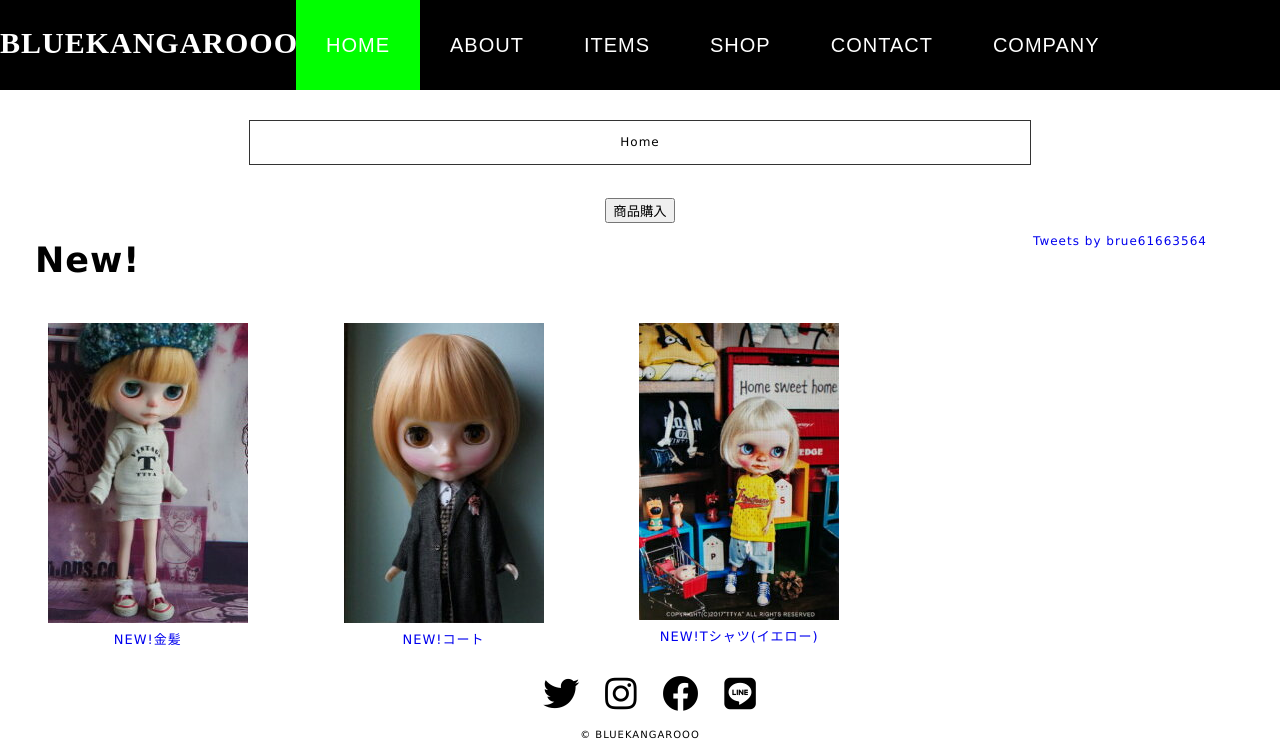
Repository: xiezom/test
Page: http://localhost/ecsite/
These files come from the project's save history. The page is drawn as it stood at one moment and after the next save; the edit follows.
The browser window is 1280 px wide. The pictures show the whole page.
The pointer rests on the first visible `.header li`.
Some web libraries are served in a nearby version. The page is served by Tomcat 9. Other server files are loaded and not shown.

Above is the page before, as saved 2019-03-29 05:00:54.

### ecsite/WebContent/home.jsp
<%@ page language="java" contentType="text/html; charset=UTF-8"
    pageEncoding="UTF-8"%>
<%@ taglib prefix="s" uri="/struts-tags"%>
<!DOCTYPE html>
<html>
<head>

	<meta http-equiv="Content-Type" content="text/html; charset=utf8"/>
	<meta http-equiv="Content-Style-Type" content="text/css"/>
	<meta http-equiv="Content-Script-Type" content="text/javascript"/>
	<meta http-equiv="imagetoolbar" content="no">
	<meta name="description" content=""/>
	<meta name="keywords" content=""/>

	<title>HOME</title>

	<link rel="stylesheet" type="text/css" href="./css/home_style.css">
	<link rel="stylesheet" href="https://use.fontawesome.com/releases/v5.8.1/css/all.css">

</head>
<body>

	<div class="header">
		<h1 class="logo">BLUEKANGAROOO</h1>
		<ul>
            <li><a href='<s:url action="GoHomeAction"/>'>HOME</a></li>
            <li><a href="">ABOUT</a></li>
            <li><a href='<s:url action="HomeAction"/>'>ITEMS</a></li>
            <li><a href="">SHOP</a></li>
            <li><a href="">CONTACT</a></li>
            <li><a href="">COMPANY</a></li>
        </ul>

	</div>
	<div>
    <p class="welcome">
        <s:if test="#session.id != null">
	        <s:property value="session.user_name"/>さん、ようこそ!
	        <a href='<s:url action="MyCartAction"/>'>カート</a>
	        <a href='<s:url action="MyPageAction" />'>購入履歴</a>
	        <a href='<s:url action="LogoutAction" />'>ログアウト</a>
        </s:if>
    </p>
	</div>

	<div class="main">
		<div class="top">
			<p>Home</p>
		</div>
		<div class="text-center">
			<s:form action="HomeAction">
				<s:submit value="商品購入"/>
			</s:form>
		</div>

		<div class="main-container">
			<div class="left">
			<section id="New">

				<div class="headin-box"><h2>New!</h2></div>

				<div class="entry">
					<p><a href='<s:url action="buyItemAction"/>'>
					<img class="img" src="./img/1.jpg">
					<br/>NEW!金髪
					</a></p>
				</div>


				<div class="entry">
					<p><a href='<s:url action="buyItemAction"/>'>
					<img class="img" src="./img/2.jpg">
					<br/>NEW!コート
					</a></p>
				</div>

				<div class="entry">
					<p><a href='<s:url action="buyItemAction"/>'>
					<img class="img" src="./img/3.jpg">
					<br/>NEW!Tシャツ(イエロー)
					</a></p>
				</div>
			</section>

			</div>
			<div class="right">
				<a class="twitter-timeline" href="https://twitter.com/brue61663564">
				Tweets by brue61663564</a>
				<script async src="https://platform.twitter.com/widgets.js" charset="utf-8"></script>
			</div>
		</div>

	</div>

	<div class="footer">
	<nav>
		<ul class="social">
			<li><a href="https://twitter.com/brue61663564" target="_blank"><i class="fab fa-twitter fa-3x"></i></a>
			</li>
			<li><a href="" target="_blank"><i class="fab fa-instagram fa-3x"></i></a>
			</li>
			<li><a href="" target="_blank"><i class="fab fa-facebook fa-3x"></i></a>
			</li>
			<li><a href="" target="_blank"><i class="fab fa-line fa-3x"></i></a>
			</li>
		</ul>
	</nav>
		<p class="copy"><small>&copy; BLUEKANGAROOO</small></p>
	</div>


</body>
</html>

### ecsite/WebContent/css/home_style.css
@CHARSET "UTF-8";


		body {
			margin: 0;
			padding: 0;
			line-height: 1.6;
			letter-spacing: 1px;
			font-family: Verdana,Helvetica,sans-serif;
			font-size: 12px;
			background: #fff;
		}

		a	{
			text-decoration: none;
			position: relative;
  			display: inline-block;
		}

		a::after {
			  position: absolute;
			  bottom: -4px;
			  left: 0;
			  content: '';
			  width: 100%;
			  height: 2px;
			  background: #333;
			  transform: scale(0, 1);
			  transform-origin: center top;
			  transition: transform .3s;
		}

		a:hover::after {
			  transform: scale(1, 1);
		}

		ul {
			list-style-type: none;
		}

		.top {
			width: 780px;
			margin: 30px auto;
			border: 1px solid #333;
		}

		.header {
			width: 100%;
			height: 90px;
			background-color: black;
			overflow: hidden;
		}

		.logo {
			margin-top: -2px;
			float: left;
			width: 20%;
			line-height: 90px;
			color: white;
			font-family: robot;
			font-size: 30px;
		}

		.header ul {
			text-align: center;
			float: left;
			margin: 0 auto;
		}

		.header ul li {
		    float: left;
		    padding-left: 30px;
		    padding-right: 30px;
		    line-height: 90px;
		    font-size: 20px;
		    font-family: 游ゴシック, YuGothic, meiryo, sans-serif;
		    color: #fff;
		    transition: background-color 2s;
		}

		.header ul li a {
			color: white;
		}

		.header li:hover {
			background-color: #0f0;
			transition: background-color 800ms;
		}

		.header ul li a:visited {
			color: white;
		}

		.welcome {
			text-align: right;
			margin-right: 10px;
		}

		.main {
			clear: both;
			width: 100%;
			height: auto;
			text-align: center;
		}

		table {
			text-align: center;
			margin:0 auto;
		}


		.main-container {
			width: 100%;
			height: auto;
		}

		.left {
			float: left;
			width: 70%;
		}

		.headin-box h2 {
			margin-left: 1em;
			margin-top: 0;
			margin-bottom: 0;
			font-size: 35px;
			text-align: left;
		}

		.entry {
			float: left;
			width: 33%;
		}

		.entry img {
		    -moz-transition: -moz-transform 0.5s linear;
		    -webkit-transition: -webkit-transform 0.5s linear;
		    -o-transition: -o-transform 0.5s linear;
		    -ms-transition: -ms-transform 0.5s linear;
		    transition: transform 0.5s linear;
		}

		.entry img:hover {
		    -webkit-transform: scale(1.2);
		    -moz-transform: scale(1.2);
		    -o-transform: scale(1.2);
		    -ms-transform: scale(1.2);
		    transform: scale(1.2);
		    overflow: hidden;
		}

		.entry p {
			padding: 22px 25px 12px;
    		font-size: 13px;
    		color: black;
		}


		.right {
			float: right;
			width: 25%;
		}

		.text-center {
			display: inline-block;
			text-align: center;
		}

		.footer {
			margin-top: 50px;
			width:100%;
			height: 80px;
			clear: both;
			text-align: center;
		}

		.sosial {
			text-align: center;
		}
		.social li {
			display: inline-block;
			margin-right: 20px;
		}

		.fab {
			color: black;
		}

		.copy {
			clear: both;
			text-align: center;
		}

After the next save:
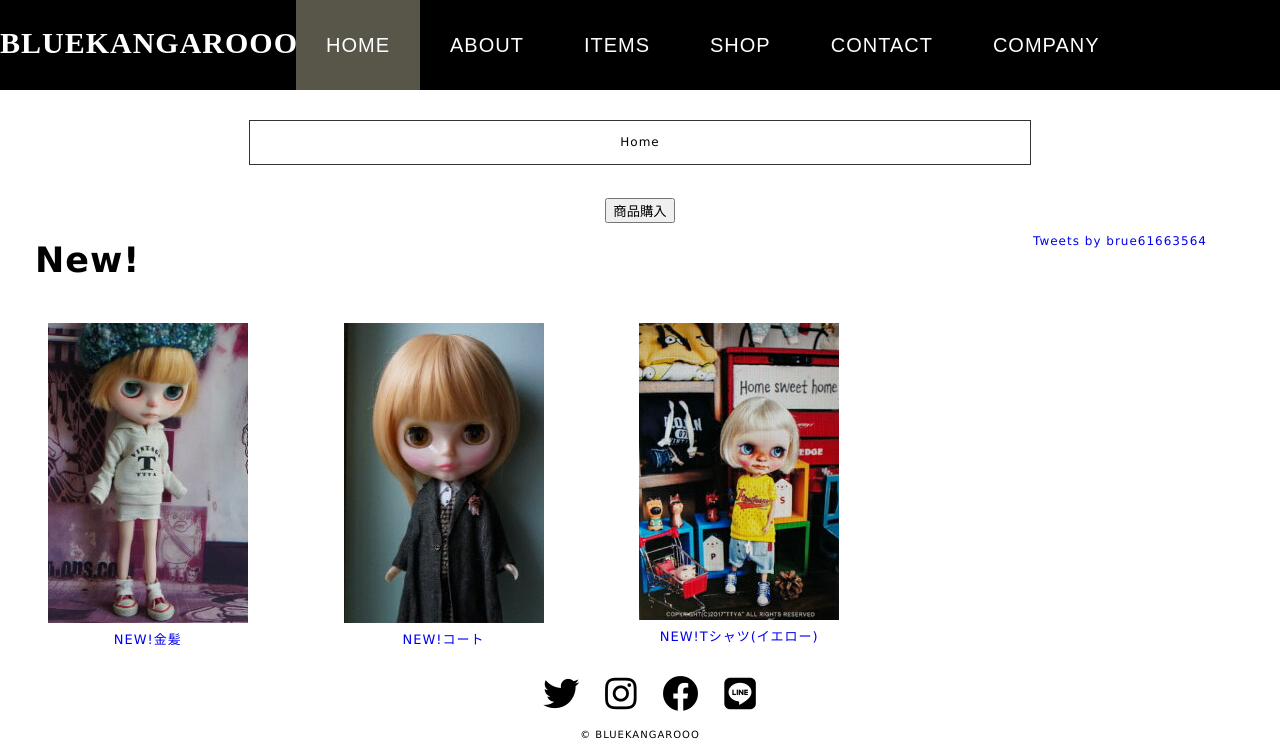
Saved 60 s later.
--- a/ecsite/WebContent/css/home_style.css
+++ b/ecsite/WebContent/css/home_style.css
@@ -83,7 +83,7 @@
 		}
 
 		.header li:hover {
-			background-color: #0f0;
+			background-color: #585649;
 			transition: background-color 800ms;
 		}
 
